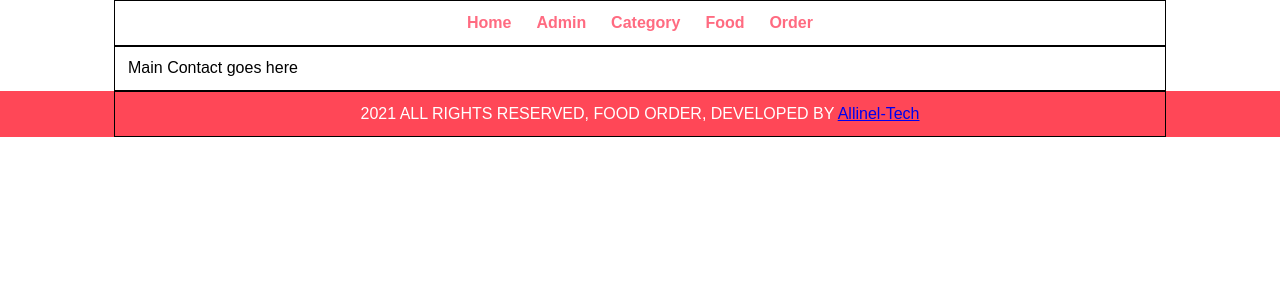
Repository: yazshrilld/food_order
Page: http://localhost/admin/index.php
An editor plug-in stored every save of this project. The page is shown before and after the next save, followed by the edit.
The browser window is 1280 px wide. The pictures show the whole page.
The page is run by PHP 8.4 with error messages shown; the project is at /var/www/html/.

Above is the page before, as saved 2021-01-24 16:24:22.

### admin/index.php
    <html>
    <head>
        <title>Food Order Website - Home Page</title>
        <link rel="stylesheet" href="../css/admin.css">
    </head>
    <body>
        <!-- Menu Section Starts -->
            <div class="menu text-center">
                <div class="wrapper">
                    <ul>
                        <li><a href="">Home</a></li>
                        <li><a href="">Admin</a></li>
                        <li><a href="">Category</a></li>
                        <li><a href="">Food</a></li>
                        <li><a href="">Order</a></li>
                    </ul>
                </div>
            </div>
        <!-- Menu Section Ends -->

        <!-- Main Content Section Starts -->
            <div class="main-content">
                <div class="wrapper">
                    Main Contact goes here
                </div>
            </div>
        <!-- Main Content Section Ends -->

        <!-- Footer Section Starts -->
            <div class="footer">
                <div class="wrapper">
                    <p class="text-center">2021 ALL RIGHTS RESERVED, FOOD ORDER, DEVELOPED BY <a href="#">Allinel-Tech</a></p>
                </div>
            </div>
        <!-- Footer Section Ends -->

    </body>
</html>

### css/admin.css
/*
    Author: Musa Yazid
    Theme: Food Order Website Admin
    Version: 1.0
*/

* {
    margin: 0;
    padding: 0;
    font-family: Arial, Helvetica, sans-serif;
}

.wrapper {
    border: 1px solid black;
    padding: 1%;
    width: 80%;
    margin: 0 auto;
}

.text-center {
    text-align: center;
}
/* CSS for Menu */
.menu ul {
    list-style-type: none;
}
.menu ul li {
    display: inline;
    padding: 1%;
}
.menu ul li a {
    text-decoration: none;
    font-weight: bold;
    color: #ff6b81;
}
.menu ul li a {

    color: ##ff4757;
}

/* CSS for footer */
.footer {
    background-color: #ff4757;
    color: white;
}

After the next save:
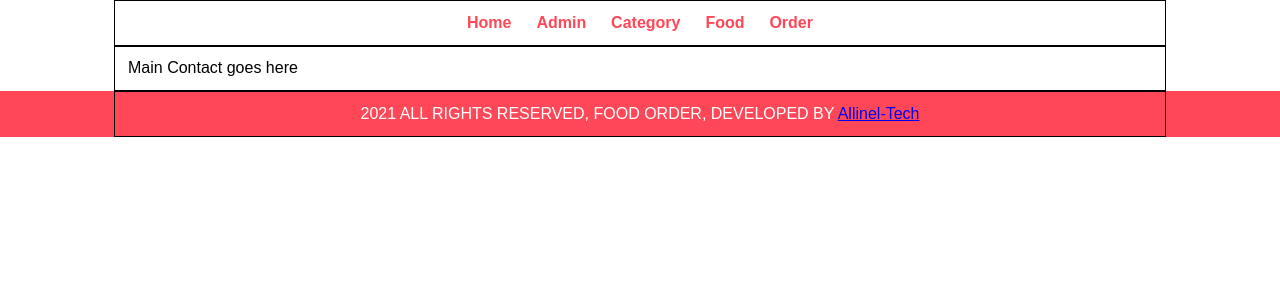
Saved 5 s later.
--- a/css/admin.css
+++ b/css/admin.css
@@ -35,7 +35,7 @@
 }
 .menu ul li a {
 
-    color: ##ff4757;
+    color: #ff4757;
 }
 
 /* CSS for footer */

After the 3 saves that followed:
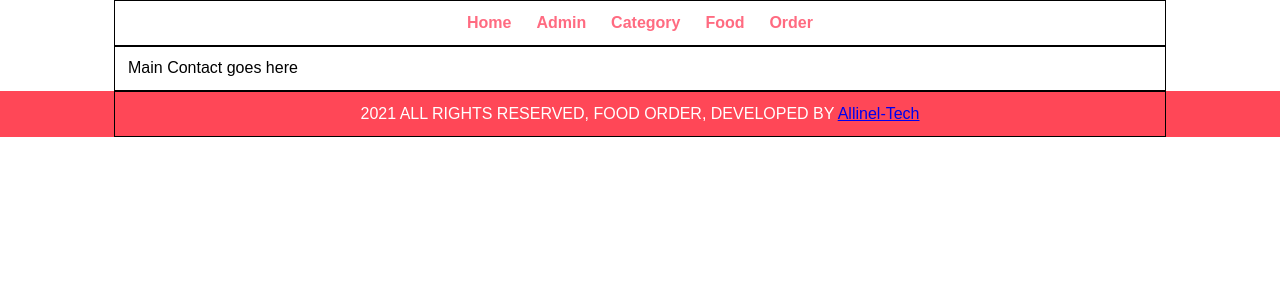
The 3 saves are shown as one change because they came seconds apart.
The last was saved 33 s later.
--- a/css/admin.css
+++ b/css/admin.css
@@ -33,7 +33,7 @@
     font-weight: bold;
     color: #ff6b81;
 }
-.menu ul li a {
+.menu ul li a:hover {
 
     color: #ff4757;
 }
